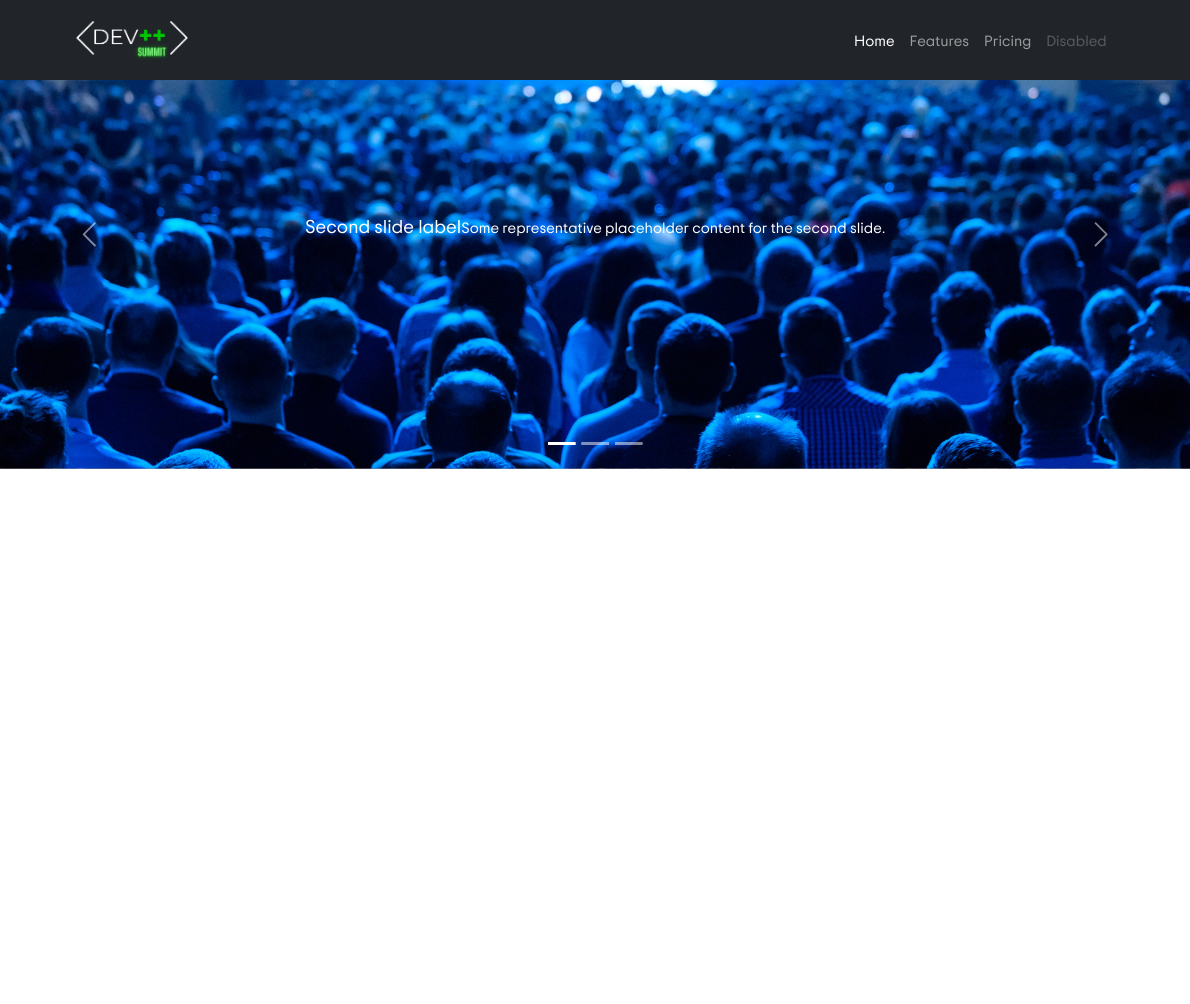
Repository: GScholl/ProjetoWeb_
Page: index.html
The author's editor kept a copy of each file at every save. The page is drawn from the files as they stood at one save, then again after the next save.
The browser window is 1280 px wide. The pictures show the whole page, at 93% of full size.

Above is the page before, as saved 2023-08-23 09:27:22.

After the next save:
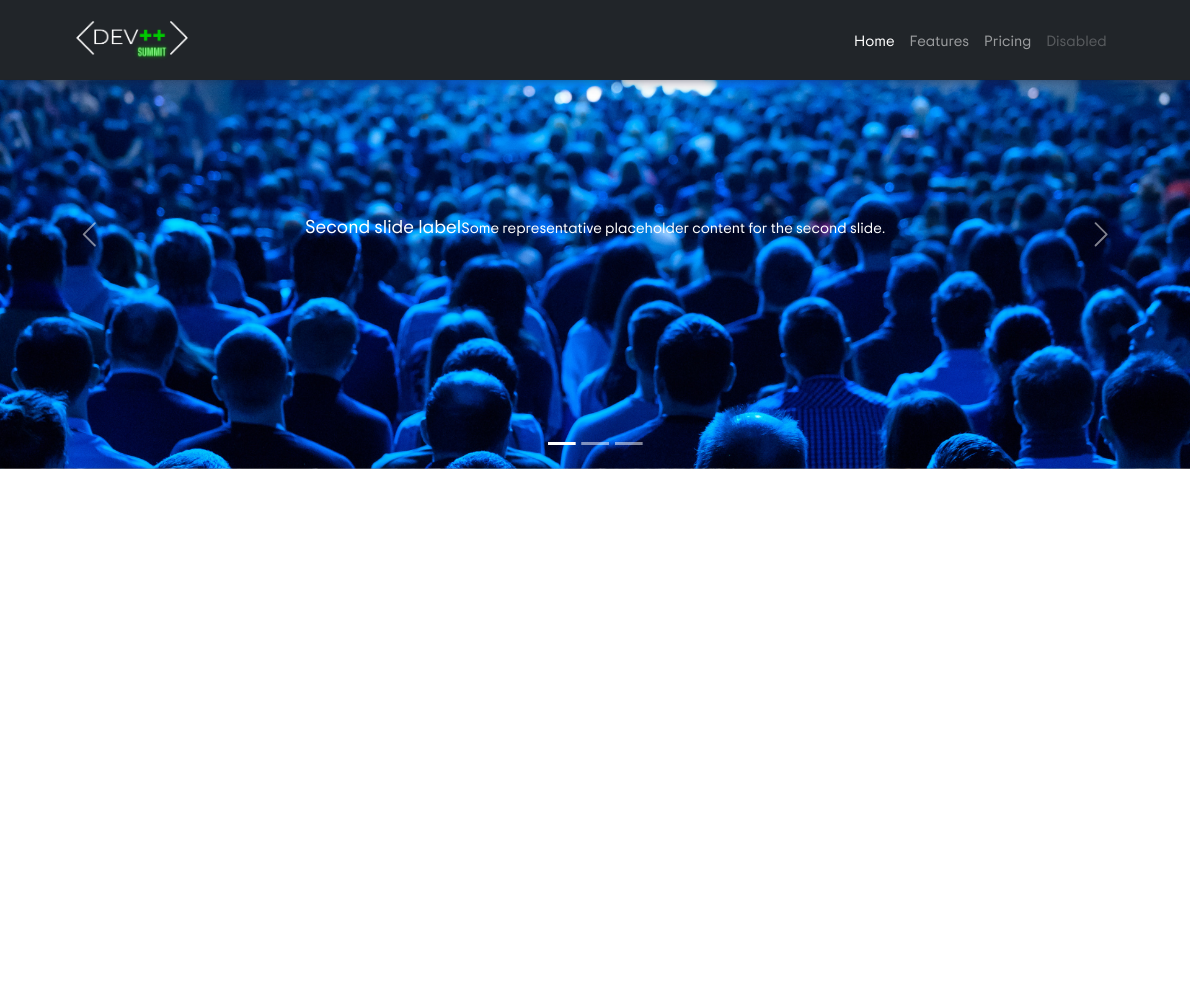
Saved 2 min 44 s later.
--- a/css/style.css
+++ b/css/style.css
@@ -8,6 +8,9 @@
 }
 body{
   height: 150vh;;
+}
+nav{
+  box-shadow: rgba(50, 50, 93, 0.25) 0px 6px 12px -2px, rgba(0, 0, 0, 0.3) 0px 3px 7px -3px;
 }
 .logo {
   height: 60px;
